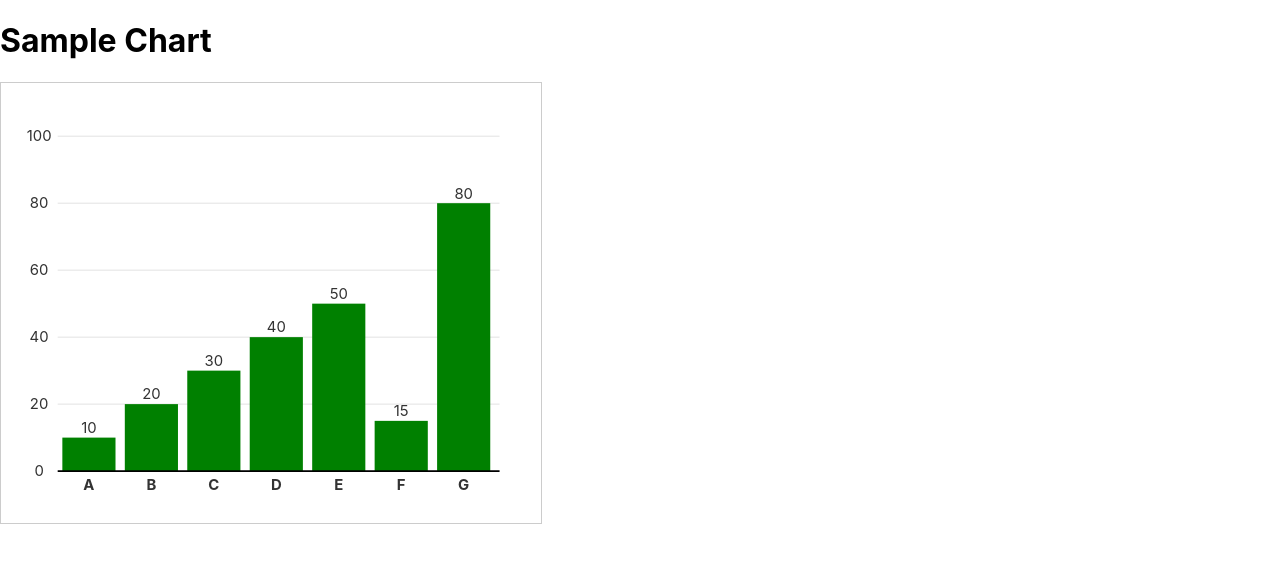
Repository: CaptainJang316/GChart
Page: /
The author's editor kept a copy of each file at every save. The page is drawn from the files as they stood at one save, then again after the next save.
The browser window is 1280 px wide. The pictures show the whole page.
The project was rebuilt for these pictures with package versions that can differ from the ones it lists, and the page was loaded fresh each time. Also part of the build but not shown: src/App.css.

Above is the page before, as saved 2024-11-09 17:17:51.

After the next save:
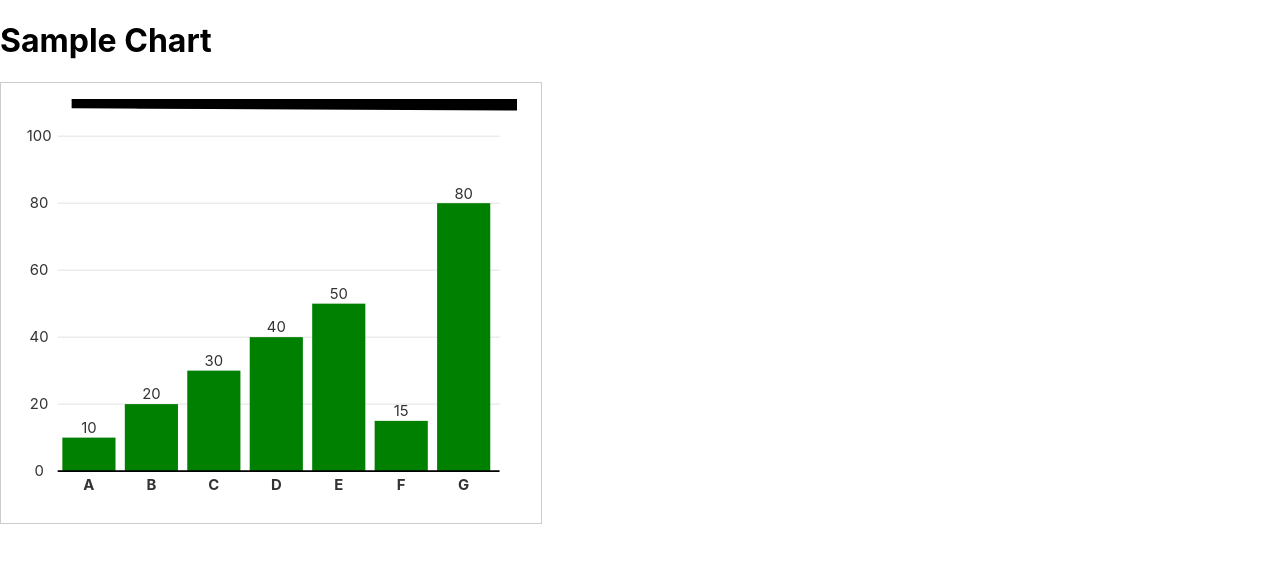
Saved 15 s later.
--- a/src/components/Grid/useGrid.ts
+++ b/src/components/Grid/useGrid.ts
@@ -19,7 +19,7 @@ export const useGrid = ({data, scales, width, height, horizontalLineCnt}: GridPr
             return (
                 {
                     id: `x-${tick}`,
-            x1: scales.xScale(tick) * width,
+            x1: scales.xScale(tick),
             y1: 0,
             x2: scales.xScale(tick) * width,
             y2: height,
